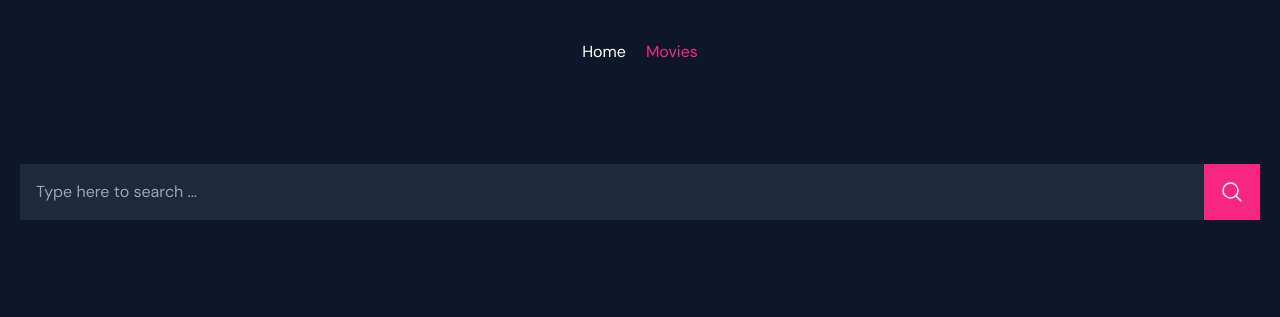
Repository: phamthiendong/project
Page: /movies
An editor plug-in stored every save of this project. The page is shown before and after the next save, followed by the edit.
The browser window is 1280 px wide. The pictures show the whole page.
The page's requests for data from a server got no answer. The project was rebuilt for these pictures with package versions that can differ from the ones it lists, and the page was loaded fresh each time. No one was signed in, and anything a server would have sent is missing. Also part of the build but not shown: vite.config.js, src/components/button/Button.jsx, src/components/banner/Banner.jsx, src/components/movie/MovieList.jsx.

Above is the page before, as saved 2025-03-27 15:35:18.

After the next save:
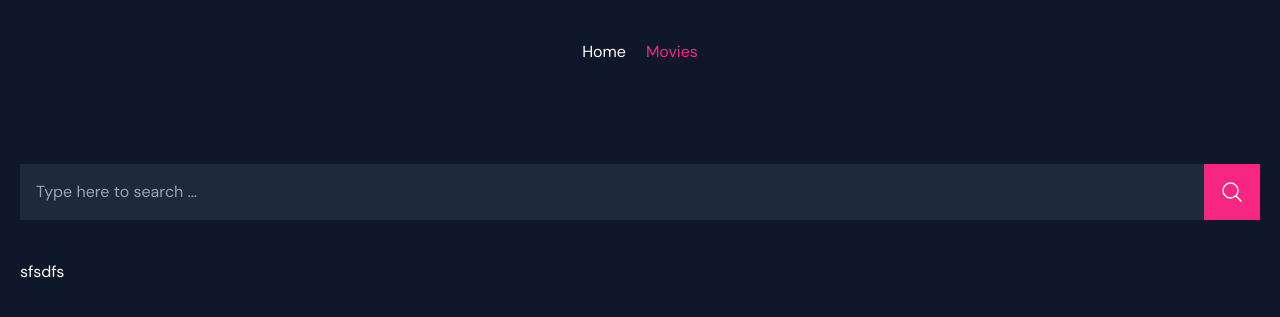
Saved 9 s later.
--- a/src/pages/MoviePage.jsx
+++ b/src/pages/MoviePage.jsx
@@ -89,7 +89,7 @@ const MoviePage = () => {
             ))}
         </div>
       )}
-
+      <div>sfsdfs</div>
       {/* <div className="mt-10">
         <ReactPaginate
           breakLabel="..."
